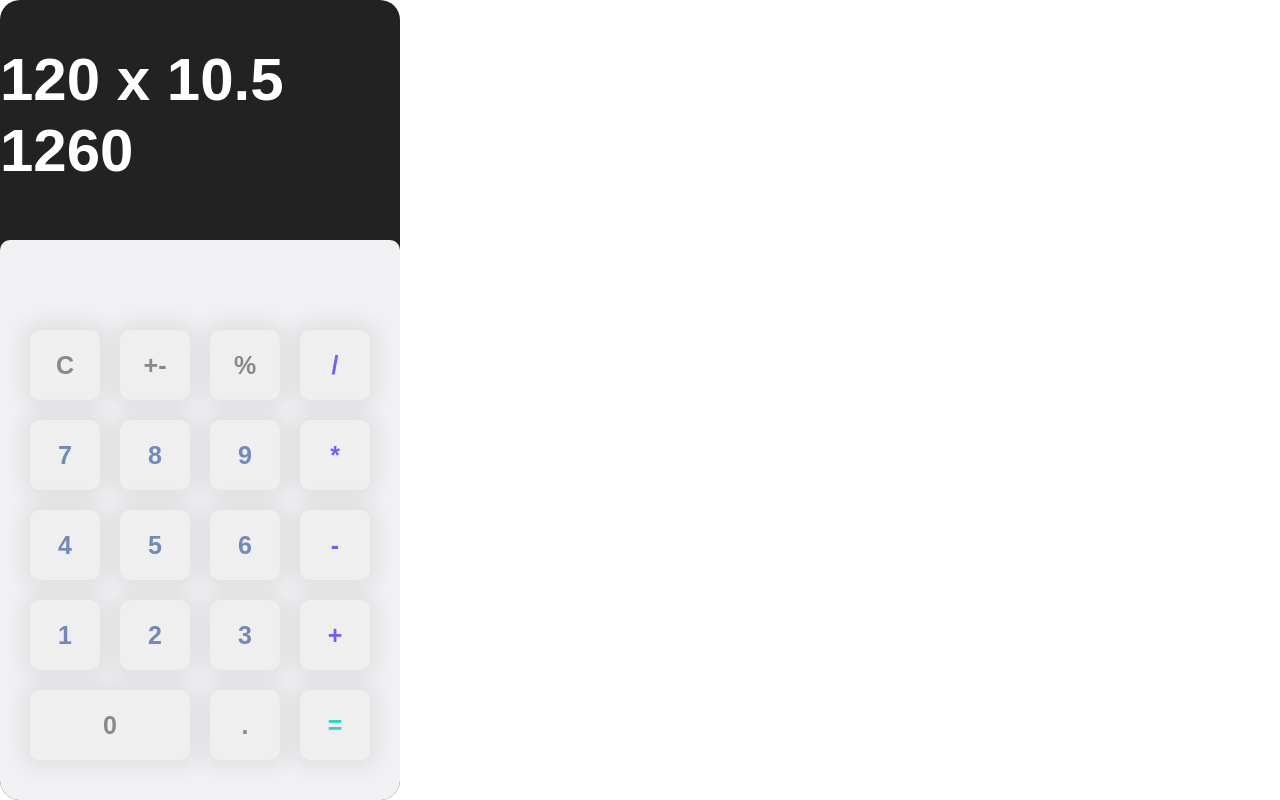
Repository: BrunoBross/calculator
Page: index.html
An editor plug-in stored every save of this project. The page is shown before and after the next save, followed by the edit.
The browser window is 1280 px wide. The pictures show the whole page.

Above is the page before, as saved 2021-11-30 23:19:03.

### index.html
<!DOCTYPE html>
<html lang="en">
<head>
  <meta charset="UTF-8">
  <meta http-equiv="X-UA-Compatible" content="IE=edge">
  <meta name="viewport" content="width=device-width, initial-scale=1.0">
  <title>Calculator</title>
  <link rel="stylesheet" href="./style.css">
</head>
<body>
  <main>
    <div class="calculator">
      <div class="view">
        <span>120 x 10.5</span>
        <span>1260</span>
      </div>
      <div class="buttons">
        <button class="extra" id="reset">C</button>
        <button class="extra" id="moreless">+-</button>
        <button class="extra" id="percent">%</button>
        <button class="operator" id="division">/</button>
        <button class="number" id="seven">7</button>
        <button class="number" id="eight">8</button>
        <button class="number" id="nine">9</button>
        <button class="operator" id="multiply">*</button>
        <button class="number" id="four">4</button>
        <button class="number" id="five">5</button>
        <button class="number" id="six">6</button>
        <button class="operator" id="less">-</button>
        <button class="number" id="one">1</button>
        <button class="number" id="two">2</button>
        <button class="number" id="three">3</button>
        <button class="operator" id="plus">+</button>
        <button class="extra" id="zero">0</button>
        <button class="extra" id="dot">.</button>
        <button class="equals" id="equals">=</button>
      </div>
    </div>

    <div class="small-square"></div>
    <div class="square"></div>
    <div class="small-circle"></div>
    <div class="circle"></div>
  </main>
</body>
<script src="./script.js"></script>
</html>

### style.css
*{
  padding: 0;
  margin: 0;
  font-family: Arial, Helvetica, sans-serif
}

.calculator{
  background-color: #232222;
  display: flex;
  flex-direction: column;
  width: 400px;
  height: 800px;
  border-radius: 20px;
}

.view{
  display: flex;
  flex-direction: column;
  justify-content: flex-end;
  height: 200px;
}

.view > span{
  color: #FFF;
  font-size: 60px;
  font-weight: bold;
  margin-top: 2px;
  margin-right: 30px;
}

.buttons{
  margin-top: 55px;
  padding-top: 90px;
  padding-bottom: 40px;
  background-color: #F1F1F4;
  display: flex;
  justify-content: center;
  flex-wrap: wrap;
  gap: 20px;
  border-radius: 10px 10px 20px 20px;
}

.buttons > button{
  box-shadow: 0 0 20px 8px #00000011;
  border: none;
  height: 70px;
  width: 70px;
  border-radius: 10px;
  cursor: pointer;
  transition: 0.3s;
  font-size: 25px;
  font-weight: bold;
}

.buttons > button:hover{
  filter: brightness(0.7);
}

#zero{
  width: 160px;
}

.number{
  color: #728AB7;

}

.operator{
  color: #745FF2;

}

.equals{
  color: #2DD3C5;

}

.extra{
  color: #898989;
}

Loaded but not shown: script.js (no copy from this time; the picture is the same without it)

After the next save:
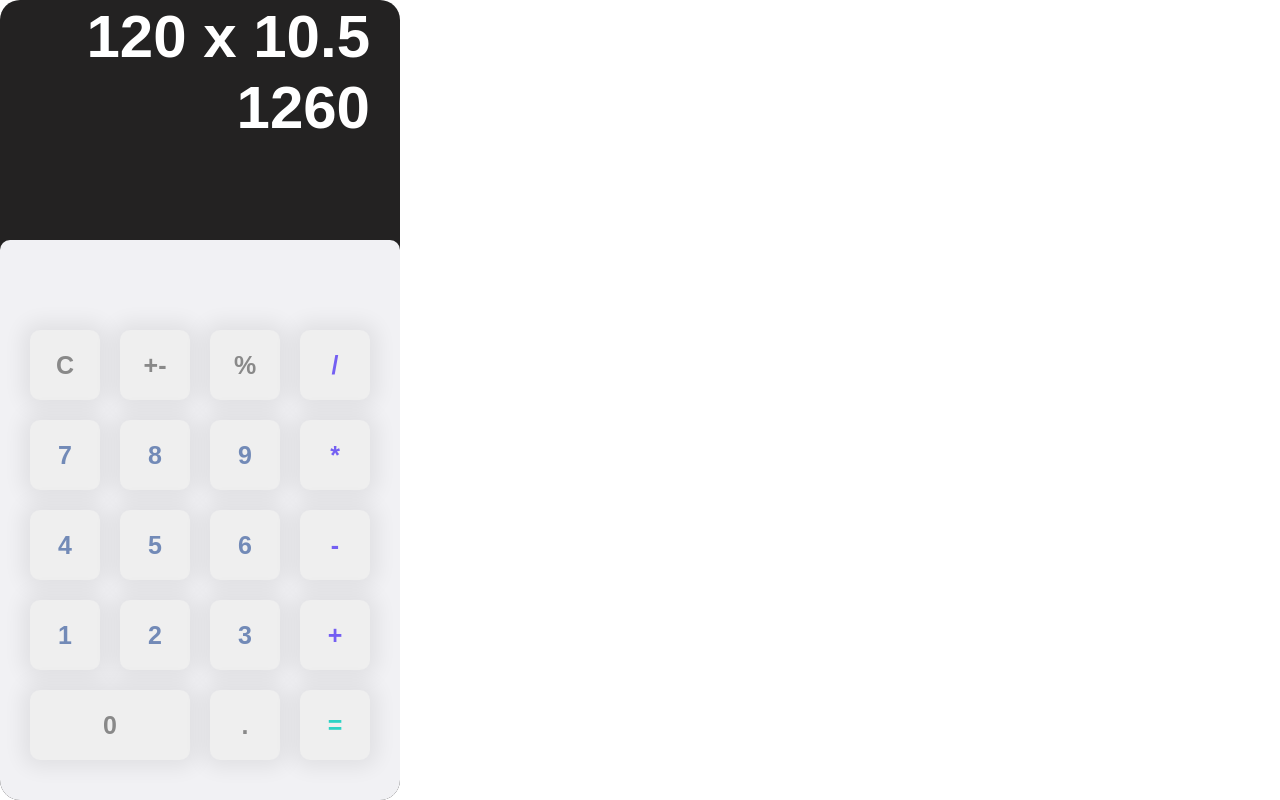
Saved 9 s later.
--- a/style.css
+++ b/style.css
@@ -16,7 +16,7 @@
 .view{
   display: flex;
   flex-direction: column;
-  justify-content: flex-end;
+  align-items: flex-end;
   height: 200px;
 }
 
